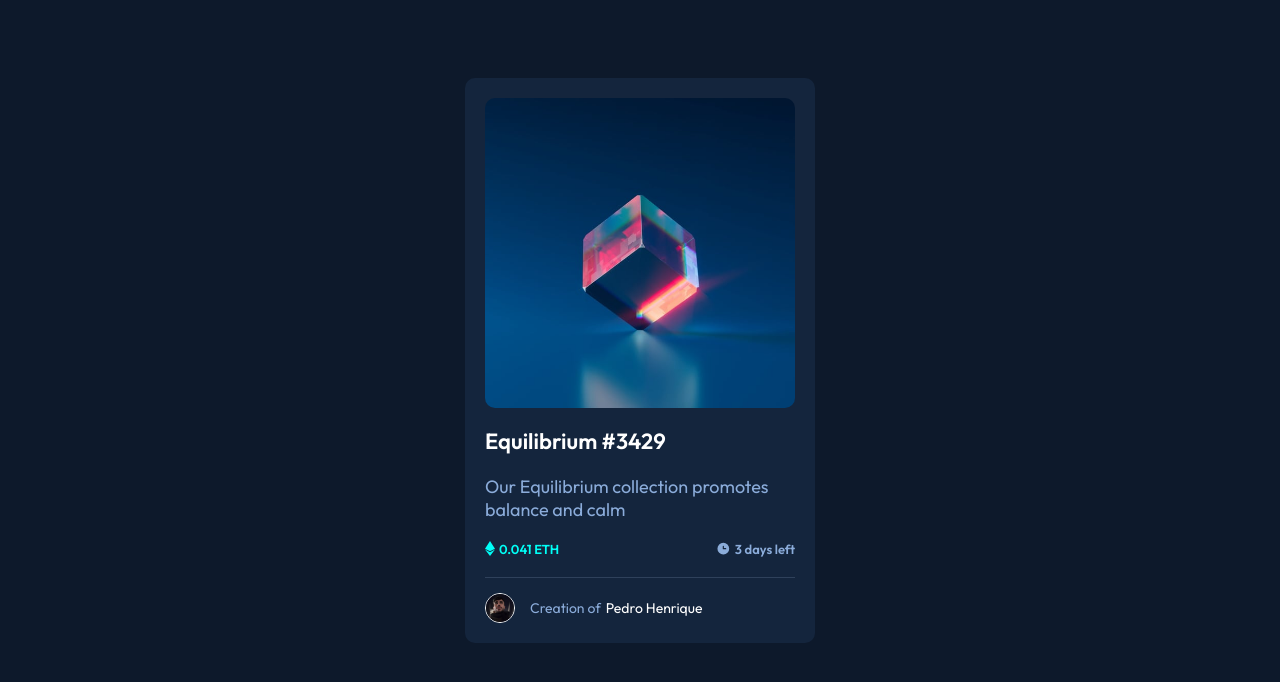
Repository: PedroHEAA/nft
Page: index.html
The author's editor kept a copy of each file at every save. The page is drawn from the files as they stood at one save, then again after a run of saves.
The browser window is 1280 px wide. The pictures show the whole page.

Above is the page before, as saved 2022-11-04 20:09:23.

After the next 2 saves:
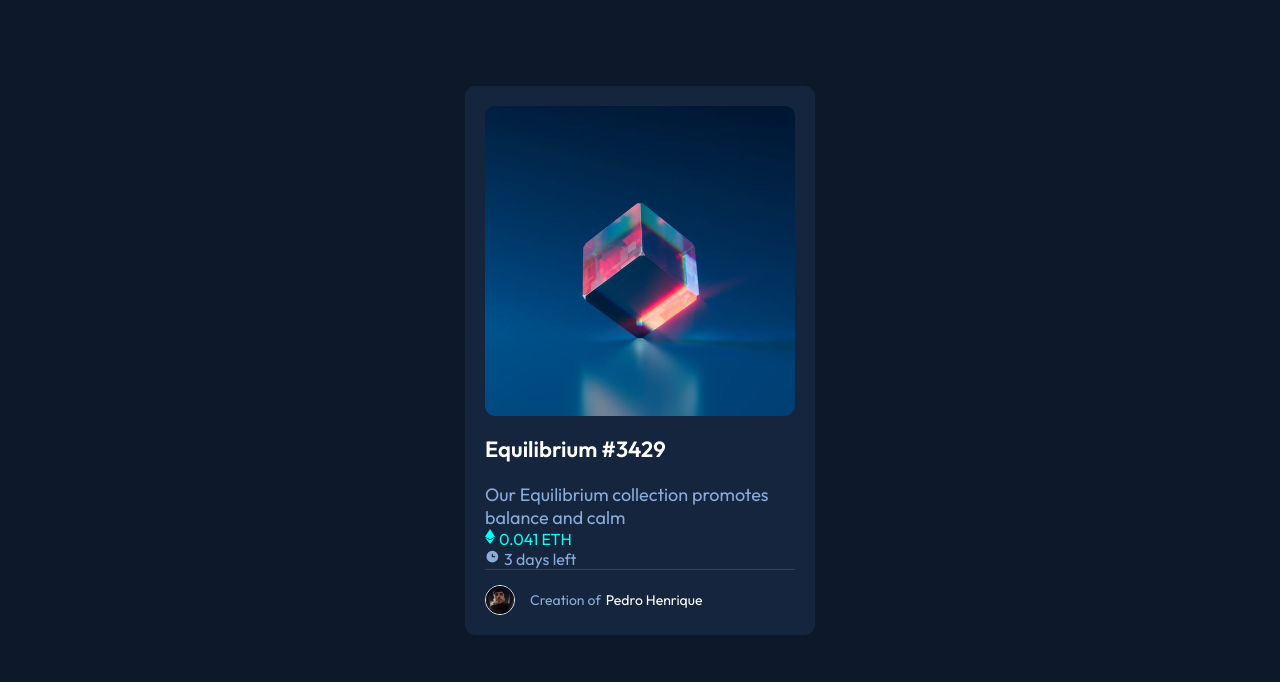
The 2 saves are shown as one change because they came seconds apart.
The last was saved 34 s later.
--- a/src/css/style.css
+++ b/src/css/style.css
@@ -46,11 +46,7 @@
     border-radius: 10px;
 }
 
-.card a img:hover{
-    color: var(--angle-color);
-    cursor: pointer;
-
-}
+.card .image-link
 
 .info-element{
     display: flex;

After the save that followed:
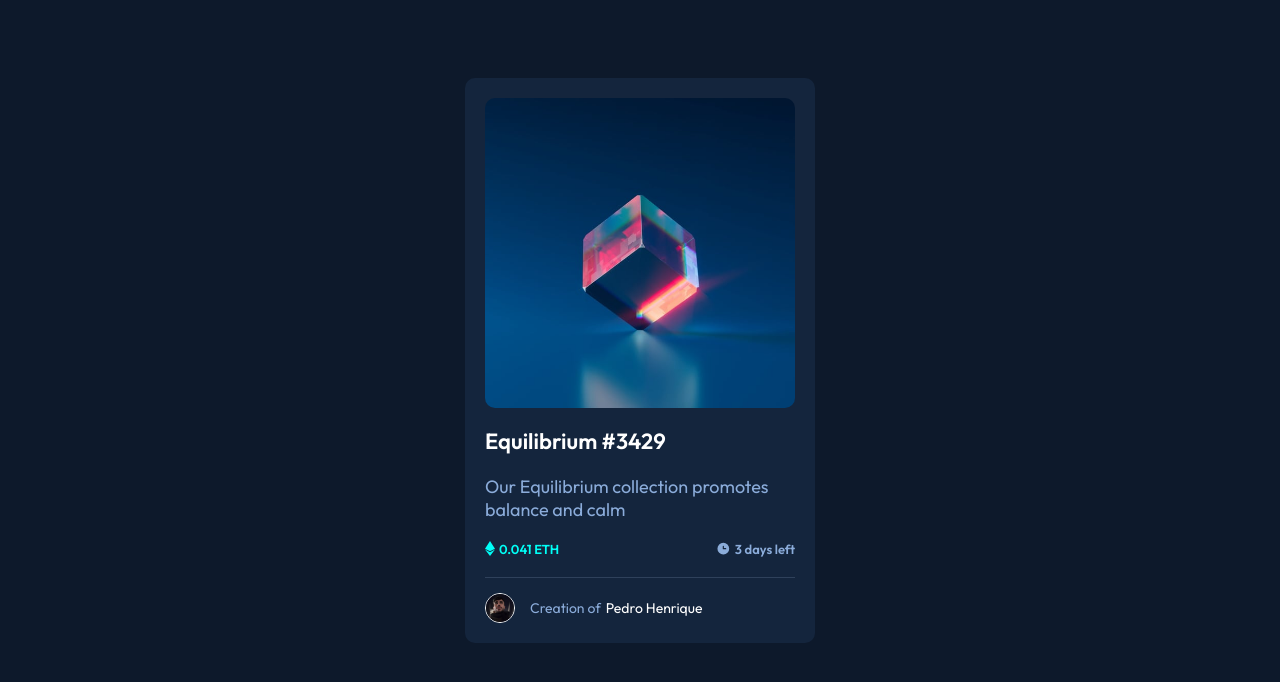
Saved 4 s later.
--- a/src/css/style.css
+++ b/src/css/style.css
@@ -46,7 +46,9 @@
     border-radius: 10px;
 }
 
-.card .image-link
+.card .image-link{
+
+}
 
 .info-element{
     display: flex;
